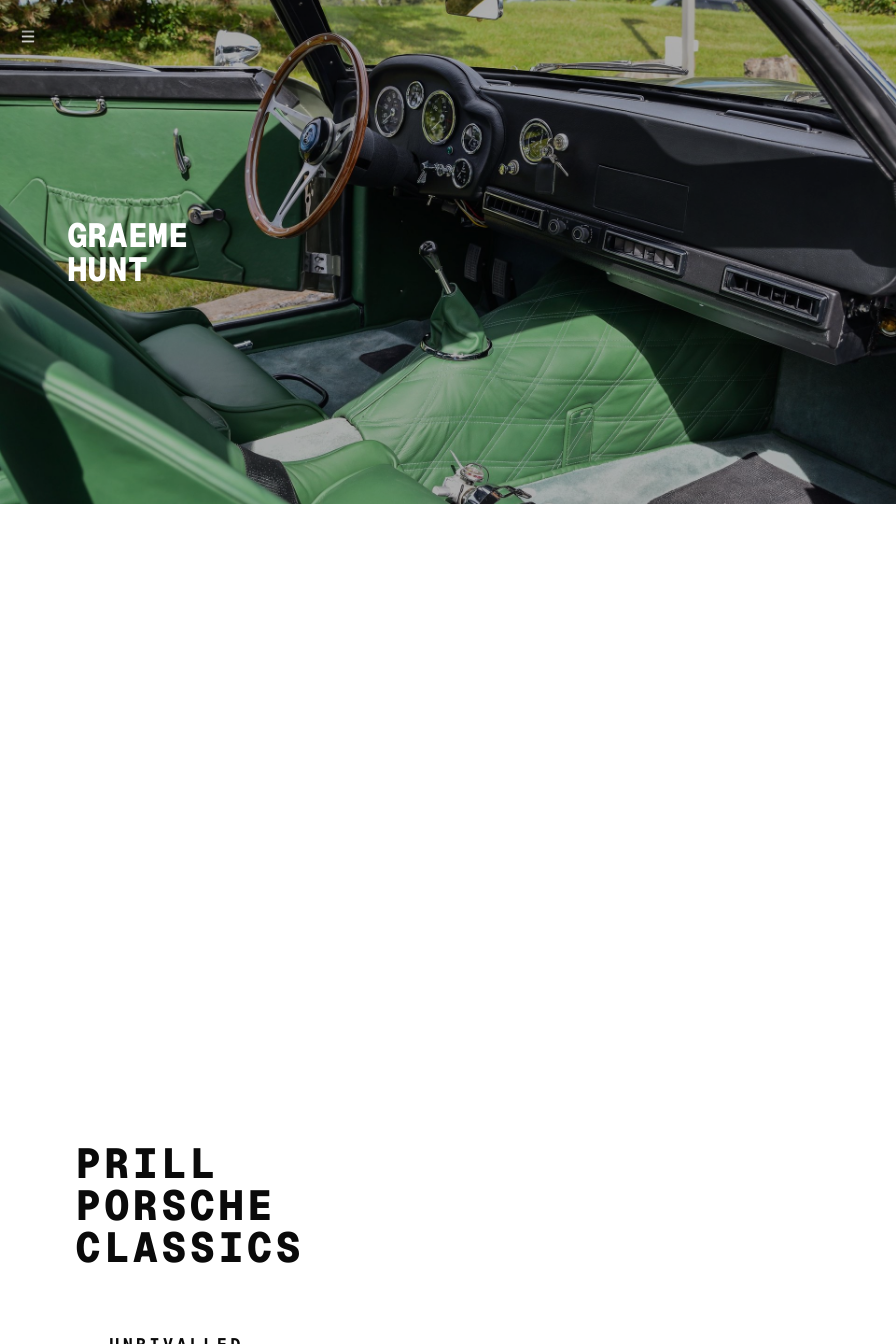
Repository: Richartistique-LeBrassus/Atelier-de-Voitures-Classiques
Page: /
These files come from the project's save history. The page is drawn as it stood at one moment and after the next save; the edit follows.
The browser window is 1280 px wide. The pictures show the part of the page from y = 0 to 1920 px (the page is 7424 px tall), at 70% of full size.
The project was rebuilt for these pictures with package versions that can differ from the ones it lists, and the page was loaded fresh each time. The framework's server and built-in components were replaced by stand-ins that run in the browser. Also part of the build but not shown: next.config.ts.

Above is the page before, as saved 2025-11-24 13:34:56.

After the next save:
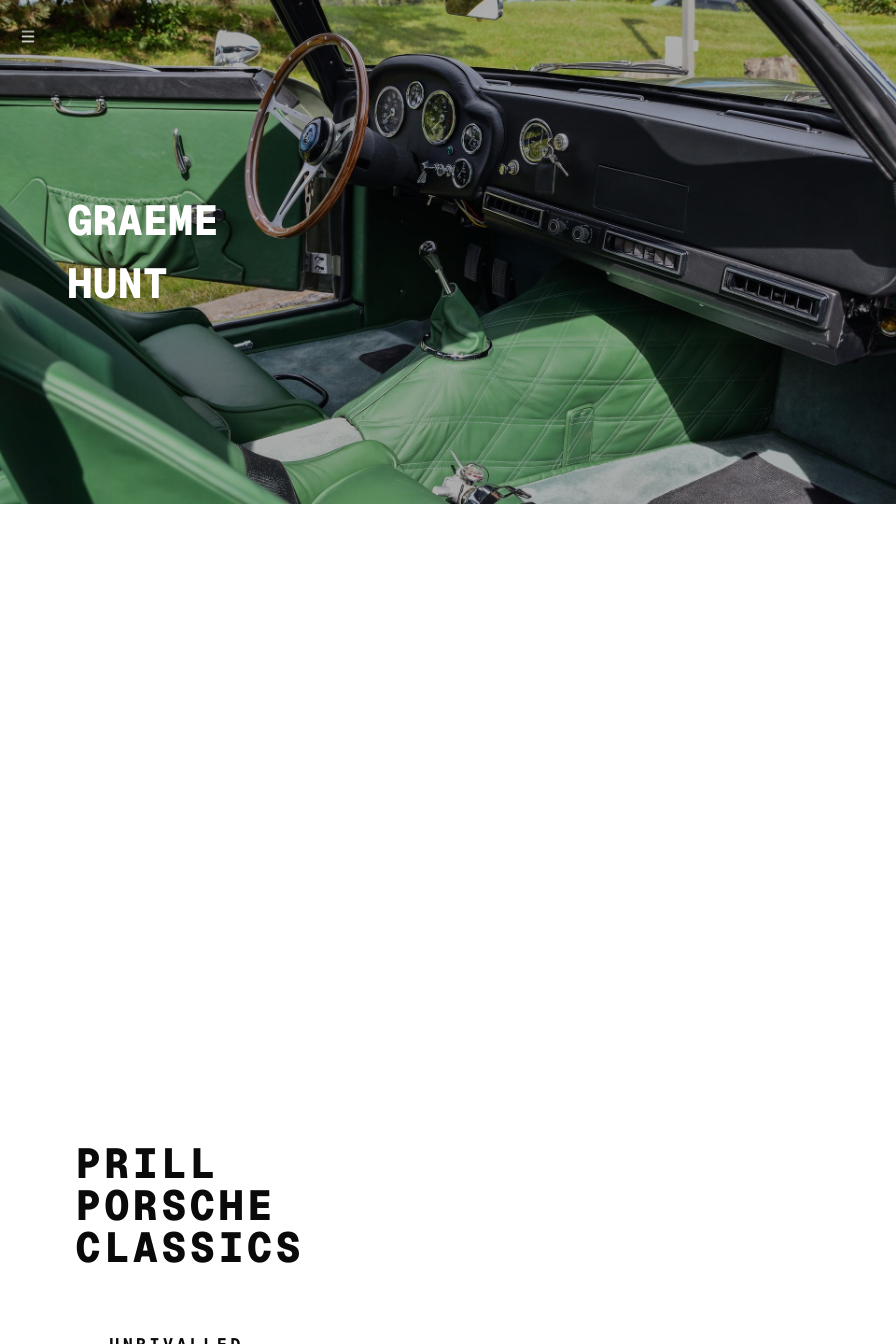
Saved 32 s later.
--- a/components/Hero.tsx
+++ b/components/Hero.tsx
@@ -25,7 +25,7 @@
         transition={{ duration: 1.2, ease: "easeOut" }}
         viewport={{ once: true, amount: 0.3 }}
         className="sticky top-0 h-screen flex items-center max-w-[85vw]
-        justify-center text-white text-5xl font-extrabold font-mono mx-auto
+        justify-center text-white text-[60px] font-extrabold font-mono mx-auto
         uppercase"
       >
         <div className="flex flex-col w-full mx-auto">
